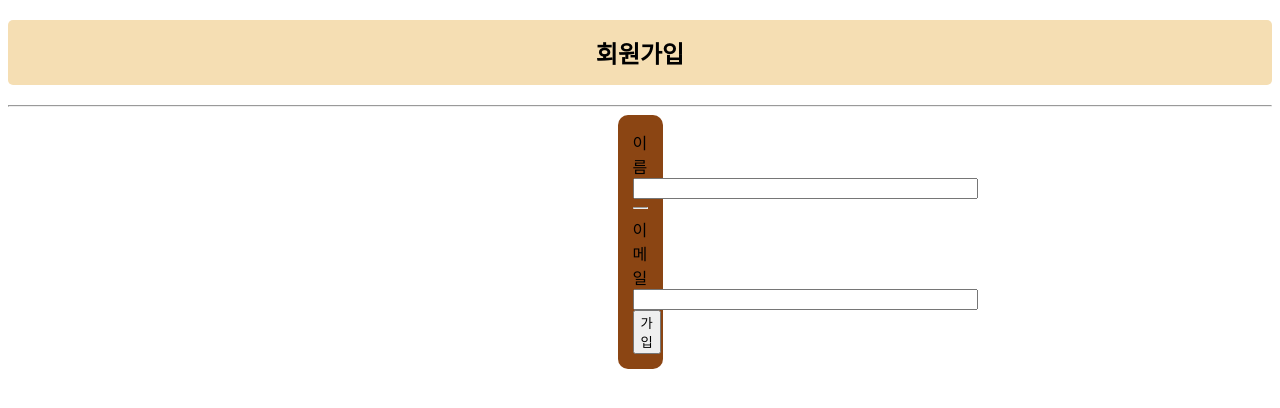
Repository: Hwater00/JSP-practice
Page: javaWorkspace/jwbook/src/main/webapp/ch03/rdgform.html
These files come from the project's save history. The page is drawn as it stood at one moment and after the next save; the edit follows.
The browser window is 1280 px wide. The pictures show the whole page.

Above is the page before, as saved 2023-07-26 07:13:50.

After the next save:
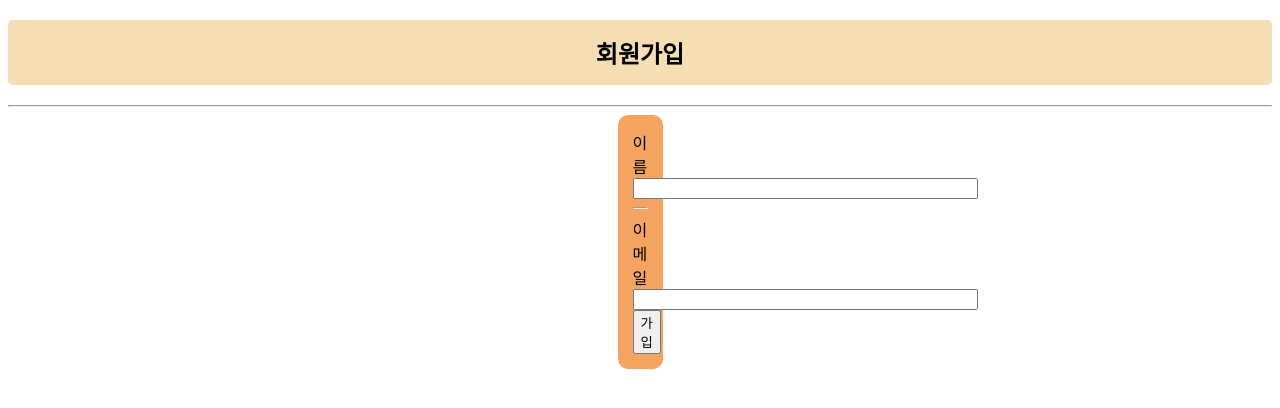
Saved 2 min 12 s later.
--- a/javaWorkspace/jwbook/src/main/webapp/ch03/rdgform.html
+++ b/javaWorkspace/jwbook/src/main/webapp/ch03/rdgform.html
@@ -15,7 +15,7 @@
 		border-radius: 10px;
 		margin: auto;
 		width: 15px;
-		background-color: saddlebrown;
+		background-color: sandybrown;
 	}
 </style>
 </head>
